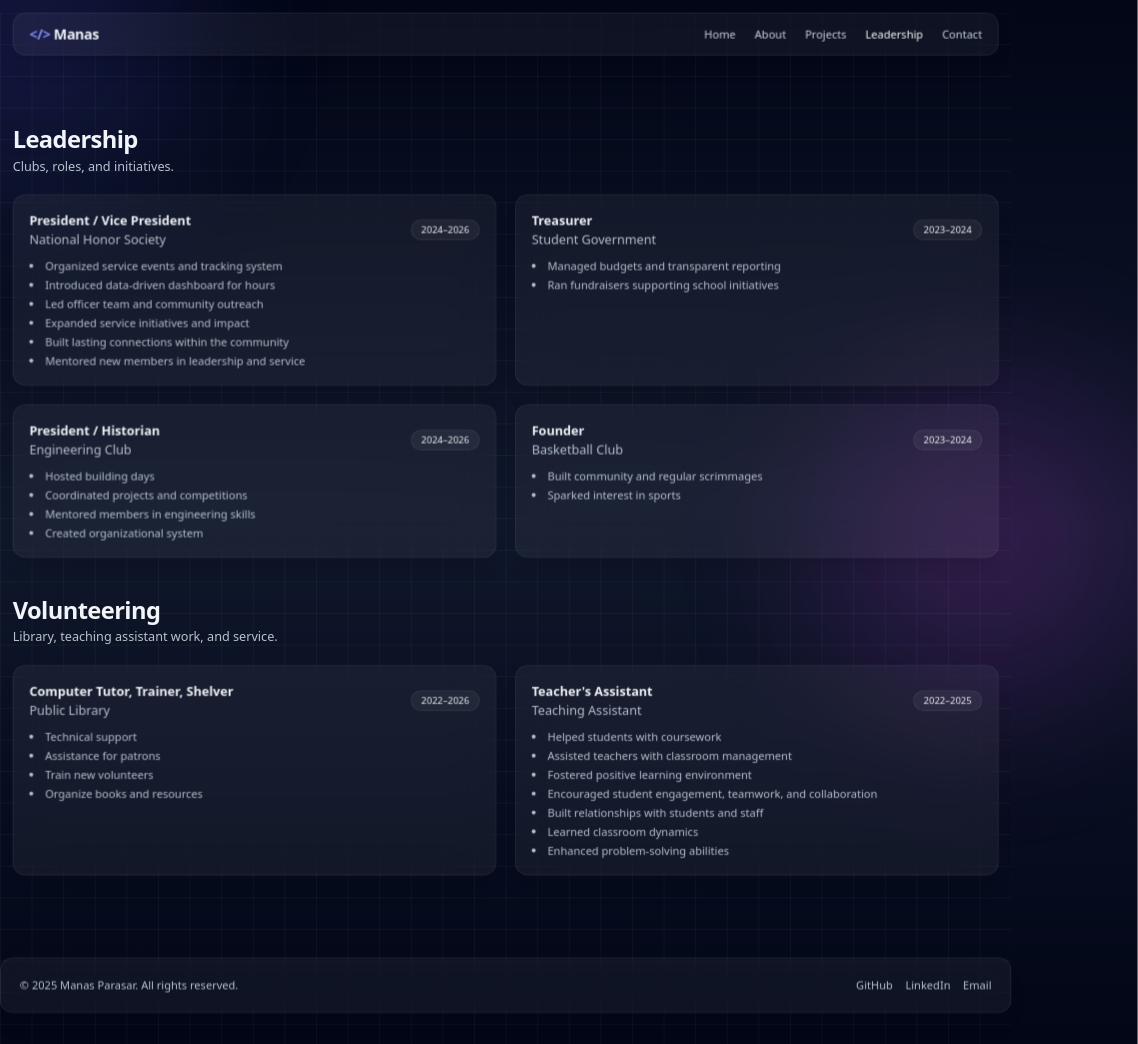
Repository: Manas-Parasar/portfolio-manas-parasar
Page: /leadership
An editor plug-in stored every save of this project. The page is shown before and after the next save, followed by the edit.
The browser window is 1280 px wide. The page is 1440 px wide, so the pictures cover 1440 px, including what lies to the right of the window. The pictures show the whole page, at 79% of full size.
The project was rebuilt for these pictures with package versions that can differ from the ones it lists, and the page was loaded fresh each time. Also part of the build but not shown: vite.config.js, src/components/Hero.jsx, src/components/ProjectCard.jsx, src/pages/Home.jsx, src/pages/About.jsx, src/pages/Projects.jsx, src/pages/Contact.jsx.

Above is the page before, as saved 2025-08-20 16:04:25.

### index.html
<!DOCTYPE html>
<html lang="en">
  <head>
    <meta charset="UTF-8" />
    <meta name="viewport" content="width=device-width, initial-scale=1.0" />
    <title>Manas Parasar — Portfolio</title>
    <meta
      name="description"
      content="Portfolio of Manas Parasar: projects, leadership, research, and impact."
    />
    <link rel="icon" href="/favicon.svg" />
  </head>
  <body
    class="min-h-screen bg-gradient-to-b from-slate-950 via-slate-900 to-slate-950 text-slate-100"
  >
    <div id="root"></div>
    <script type="module" src="/src/main.jsx"></script>
  </body>
</html>

### src/main.jsx
import { BrowserRouter } from "react-router-dom";
import "./index.css";
import React from "react";
import ReactDOM from "react-dom/client";
import App from "./App";

ReactDOM.createRoot(document.getElementById("root")).render(
  <React.StrictMode>
    <BrowserRouter>
      <App />
    </BrowserRouter>
  </React.StrictMode>
);

### src/index.css
@tailwind base;
@tailwind components;
@tailwind utilities;

/* Subtle selection & scrollbar tweaks */
::selection {
  background: #6366f1;
  color: white;
}
::-webkit-scrollbar {
  width: 10px;
}
::-webkit-scrollbar-thumb {
  background: rgba(148, 163, 184, 0.4);
  border-radius: 999px;
}

/* Reusable utilities */
@layer utilities {
  .glass {
    @apply bg-white/5 backdrop-blur-xl border border-white/10 shadow-xl;
  }
  .btn {
    @apply inline-flex items-center gap-2 rounded-2xl px-5 py-2 font-medium transition;
  }
  .btn-primary {
    @apply btn bg-brand-600 hover:bg-brand-500 text-white;
  }
  .btn-ghost {
    @apply btn glass hover:bg-white/10;
  }
  .headline {
    @apply text-4xl md:text-5xl font-extrabold tracking-tight;
  }
  .subtle {
    @apply text-slate-300/90;
  }
}

### src/App.jsx
import { Routes, Route } from "react-router-dom";
import Navbar from "./components/Navbar";
import Footer from "./components/Footer";
import Home from "./pages/Home";
import About from "./pages/About";
import Projects from "./pages/Projects";
import Leadership from "./pages/Leadership";
import Contact from "./pages/Contact";

export default function App() {
  return (
    <div className="min-h-screen bg-grid-sheer bg-grid-sheer bg-[length:40px_40px]">
      <div className="absolute inset-0 -z-10 opacity-70" aria-hidden>
        <div className="absolute -top-40 -left-40 h-96 w-96 rounded-full bg-brand-500 blur-[120px] opacity-30 animate-float" />
        <div className="absolute -bottom-40 -right-40 h-96 w-96 rounded-full bg-fuchsia-500 blur-[120px] opacity-30 animate-float" />
      </div>
      <Navbar />
      <main className="container py-10">
        <Routes>
          <Route path="/" element={<Home />} />
          <Route path="/about" element={<About />} />
          <Route path="/projects" element={<Projects />} />
          <Route path="/leadership" element={<Leadership />} />
          <Route path="/contact" element={<Contact />} />
        </Routes>
      </main>
      <Footer />
    </div>
  );
}

### src/components/Navbar.jsx
import { Link, NavLink } from "react-router-dom";
import { Menu, X } from "lucide-react";
import { useState } from "react";

export default function Navbar() {
  const [open, setOpen] = useState(false);
  const nav = [
    { to: "/", label: "Home" },
    { to: "/about", label: "About" },
    { to: "/projects", label: "Projects" },
    { to: "/leadership", label: "Leadership" },
    { to: "/contact", label: "Contact" },
  ];

  const NavItems = ({ onClick }) => (
    <ul className="flex flex-col md:flex-row gap-4 md:gap-6 text-sm">
      {nav.map((n) => (
        <li key={n.to}>
          <NavLink
            to={n.to}
            onClick={onClick}
            className={({ isActive }) =>
              `transition hover:text-white ${
                isActive ? "text-white" : "text-slate-300"
              }`
            }
          >
            {n.label}
          </NavLink>
        </li>
      ))}
    </ul>
  );

  return (
    <header className="sticky top-0 z-50">
      <div className="container mt-4">
        <div className="glass rounded-2xl px-5 py-3 flex items-center justify-between">
          <Link to="/" className="font-black tracking-tight text-lg">
            <span className="text-brand-400">&lt;/&gt;</span> Manas
          </Link>
          <nav className="hidden md:block">
            <NavItems />
          </nav>
          <button
            className="md:hidden btn-ghost"
            onClick={() => setOpen(!open)}
            aria-label="Toggle Menu"
          >
            {open ? <X size={20} /> : <Menu size={20} />}
          </button>
        </div>
        {open && (
          <div className="md:hidden mt-2 glass rounded-2xl px-5 py-4">
            <NavItems onClick={() => setOpen(false)} />
          </div>
        )}
      </div>
    </header>
  );
}

### src/components/Footer.jsx
export default function Footer() {
  return (
    <footer className="mt-16 pb-10">
      <div className="container glass rounded-2xl p-6 flex flex-col md:flex-row items-center justify-between gap-4">
        <p className="text-sm subtle">
          © {new Date().getFullYear()} Manas Parasar. All rights reserved.
        </p>
        <div className="text-sm subtle flex gap-4">
          <a
            href="https://github.com/"
            target="_blank"
            className="hover:text-white"
          >
            GitHub
          </a>
          <a
            href="https://linkedin.com/"
            target="_blank"
            className="hover:text-white"
          >
            LinkedIn
          </a>
          <a href="mailto:manas@example.com" className="hover:text-white">
            Email
          </a>
        </div>
      </div>
    </footer>
  );
}

### src/pages/Leadership.jsx
import { TimelineItem } from "../components/TimelineItem";
import Section from "../components/Section";

export default function Leadership() {
  return (
    <>
      <Section title="Leadership" subtitle="Clubs, roles, and initiatives.">
        <div className="grid md:grid-cols-2 gap-6">
          <TimelineItem
            org="National Honor Society"
            role="President / Vice President"
            period="2024–2026"
            points={[
              "Organized service events and tracking system",
              "Introduced data-driven dashboard for hours",
              "Led officer team and community outreach",
              "Expanded service initiatives and impact",
              "Built lasting connections within the community",
              "Mentored new members in leadership and service",
            ]}
          />
          <TimelineItem
            org="Student Government"
            role="Treasurer"
            period="2023–2024"
            points={[
              "Managed budgets and transparent reporting",
              "Ran fundraisers supporting school initiatives",
            ]}
          />
          <TimelineItem
            org="Engineering Club"
            role="President / Historian"
            period="2024–2026"
            points={[
              "Hosted building days",
              "Coordinated projects and competitions",
              "Mentored members in engineering skills",
              "Created organizational system",
            ]}
          />
          <TimelineItem
            org="Basketball Club"
            role="Founder"
            period="2023–2024"
            points={[
              "Built community and regular scrimmages",
              "Sparked interest in sports",
            ]}
          />
        </div>
      </Section>

      <Section
        title="Volunteering"
        subtitle="Library, teaching assistant work, and service."
      >
        <div className="grid md:grid-cols-2 gap-6">
          <TimelineItem
            org="Public Library"
            role="Computer Tutor, Trainer, Shelver"
            period="2022–2026"
            points={[
              "Technical support",
              "Assistance for patrons",
              "Train new volunteers",
              "Organize books and resources",
            ]}
          />
          <TimelineItem
            org="Teaching Assistant"
            role="Teacher's Assistant"
            period="2022–2025"
            points={[
              "Helped students with coursework",
              "Assisted teachers with classroom management",
              "Fostered positive learning environment",
              "Encouraged student engagement, teamwork, and collaboration",
              "Built relationships with students and staff",
              "Learned classroom dynamics",
              "Enhanced problem-solving abilities",
            ]}
          />
        </div>
      </Section>
    </>
  );
}

### src/components/Section.jsx
export default function Section({ title, subtitle, children, cta }) {
  return (
    <section className="mt-12">
      <div className="flex items-end justify-between gap-4 mb-6">
        <div>
          <h2 className="text-2xl md:text-3xl font-bold tracking-tight">
            {title}
          </h2>
          {subtitle && <p className="subtle mt-1">{subtitle}</p>}
        </div>
        {cta}
      </div>
      <div className="grid gap-6">{children}</div>
    </section>
  );
}

### src/components/TimelineItem.jsx
export function TimelineItem({ org, role, period, points = [] }) {
  return (
    <div className="glass rounded-2xl p-5">
      <div className="flex flex-col md:flex-row md:items-center md:justify-between">
        <div>
          <h3 className="font-semibold">{role}</h3>
          <p className="subtle">{org}</p>
        </div>
        <span className="text-xs mt-2 md:mt-0 px-3 py-1 rounded-full bg-white/5 border border-white/10">
          {period}
        </span>
      </div>
      {points?.length > 0 && (
        <ul className="list-disc list-inside mt-3 text-sm subtle space-y-1">
          {points.map((p, i) => (
            <li key={i}>{p}</li>
          ))}
        </ul>
      )}
    </div>
  );
}

### tailwind.config.js
/** @type {import('tailwindcss').Config} */
export default {
  content: ["./index.html", "./src/**/*.{js,jsx,ts,tsx}"],
  theme: {
    extend: {
      container: { center: true, padding: "1rem" },
      fontFamily: {
        display: ["Inter", "ui-sans-serif", "system-ui"],
      },
      colors: {
        brand: {
          50: "#eef2ff",
          100: "#e0e7ff",
          200: "#c7d2fe",
          300: "#a5b4fc",
          400: "#818cf8",
          500: "#6366f1",
          600: "#4f46e5",
          700: "#4338ca",
          800: "#3730a3",
          900: "#312e81",
        },
      },
      boxShadow: {
        glow: "0 0 0 0 rgba(99,102,241,0.5), 0 0 80px 10px rgba(99,102,241,0.25)",
      },
      backgroundImage: {
        "grid-sheer":
          "linear-gradient(rgba(255,255,255,0.04) 1px, transparent 1px), linear-gradient(90deg, rgba(255,255,255,0.04) 1px, transparent 1px)",
      },
      backgroundSize: {
        "grid-sheer": "40px 40px",
      },
      animation: {
        float: "float 6s ease-in-out infinite",
        shimmer: "shimmer 4s linear infinite",
      },
      keyframes: {
        float: {
          "0%, 100%": { transform: "translateY(0px)" },
          "50%": { transform: "translateY(-10px)" },
        },
        shimmer: {
          "0%": { backgroundPosition: "-200% 0" },
          "100%": { backgroundPosition: "200% 0" },
        },
      },
    },
  },
  plugins: [],
};

After the next save:
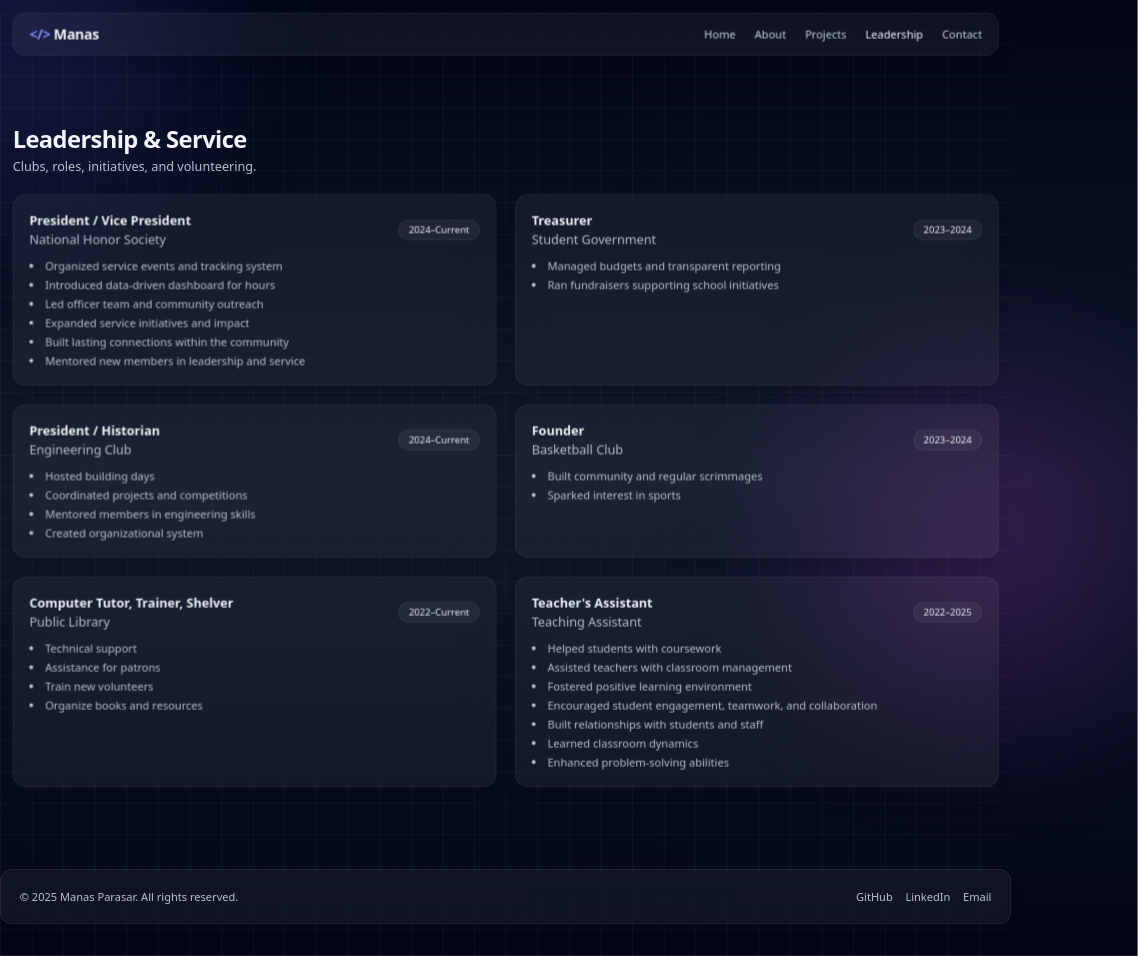
Saved 2 min 40 s later.
--- a/src/pages/Leadership.jsx
+++ b/src/pages/Leadership.jsx
@@ -4,12 +4,15 @@ import Section from "../components/Section";
 export default function Leadership() {
   return (
     <>
-      <Section title="Leadership" subtitle="Clubs, roles, and initiatives.">
+      <Section
+        title="Leadership & Service"
+        subtitle="Clubs, roles, initiatives, and volunteering."
+      >
         <div className="grid md:grid-cols-2 gap-6">
           <TimelineItem
             org="National Honor Society"
             role="President / Vice President"
-            period="2024–2026"
+            period="2024–Current"
             points={[
               "Organized service events and tracking system",
               "Introduced data-driven dashboard for hours",
@@ -31,7 +34,7 @@ export default function Leadership() {
           <TimelineItem
             org="Engineering Club"
             role="President / Historian"
-            period="2024–2026"
+            period="2024–Current"
             points={[
               "Hosted building days",
               "Coordinated projects and competitions",
@@ -48,18 +51,10 @@ export default function Leadership() {
               "Sparked interest in sports",
             ]}
           />
-        </div>
-      </Section>
-
-      <Section
-        title="Volunteering"
-        subtitle="Library, teaching assistant work, and service."
-      >
-        <div className="grid md:grid-cols-2 gap-6">
           <TimelineItem
             org="Public Library"
             role="Computer Tutor, Trainer, Shelver"
-            period="2022–2026"
+            period="2022–Current"
             points={[
               "Technical support",
               "Assistance for patrons",
